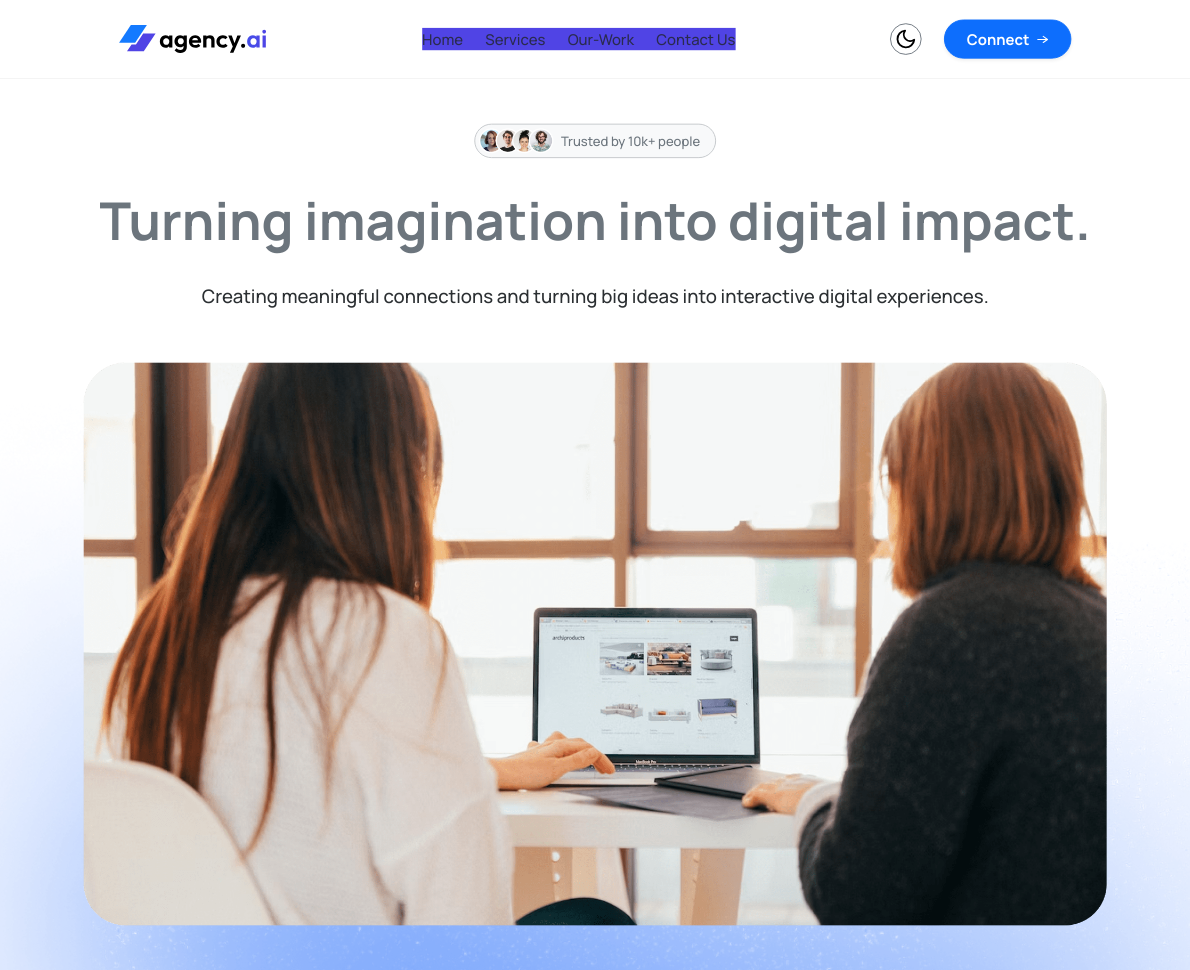
Repository: RAMADAN975/modern-agency-portfolio
Page: /
An editor plug-in stored every save of this project. The page is shown before and after the next save, followed by the edit.
The browser window is 1280 px wide. The pictures show the whole page, at 93% of full size.
The project was rebuilt for these pictures with package versions that can differ from the ones it lists, and the page was loaded fresh each time. Also part of the build but not shown: vite.config.js.

Above is the page before, as saved 2026-03-23 21:17:05.

### index.html
<!doctype html>
<html lang="en">

<head>
  <meta charset="UTF-8" />
  <link rel="icon" type="image/svg+xml" href="/favicon.svg" />
  <meta name="viewport" content="width=device-width, initial-scale=1.0" />
  <title>Agency.AI - GreatStack</title>
</head>

<body>
  <div id="root"></div>
  <script type="module" src="/src/main.jsx"></script>
</body>

</html>

### src/main.jsx
import { StrictMode } from 'react'
import { createRoot } from 'react-dom/client'
import 'bootstrap/dist/css/bootstrap.min.css';
import './index.css'
import App from './App.jsx'

createRoot(document.getElementById('root')).render(
  <StrictMode>
    <App />
  </StrictMode>,
)

### src/index.css
/* 1. الخطوط والأساسيات */
@import url('https://fonts.googleapis.com/css2?family=Josefin+Sans:wght@400;600&family=Manrope:wght@400;500;700&display=swap');

* {
  font-family: "Manrope", sans-serif;
  transition: background-color 0.3s ease, color 0.3s ease;
}

/* 2. تنسيق الـ Navbar العام */
.nav-container {
  padding-left: 5%;
  padding-right: 5%;
  height: 85px;
}

.blur-nav {
  backdrop-filter: blur(15px);
  -webkit-backdrop-filter: blur(15px);
  border-bottom: 1px solid rgba(150, 150, 150, 0.1);
}

/* ألوان الخلفية حسب الثيم (بوتستراب 5.3) */
[data-bs-theme="light"] .blur-nav {
  background-color: rgba(255, 255, 255, 0.85);
}

[data-bs-theme="dark"] .blur-nav {
  background-color: rgba(17, 24, 39, 0.85);
}

/* 3. اللوجو والروابط */
.logo-img {
  width: 8.5rem;
}

@media (min-width: 576px) {
  .logo-img {
    width: 10rem;
  }

  .nav-container {
    padding-left: 10%;
    padding-right: 10%;
  }
}

.nav-link-custom {
  font-weight: 500;
  opacity: 0.8;
  transition: 0.2s;
}

.nav-link-custom:hover {
  opacity: 1;
  color: #5044E5 !important;
}

/* 4. القائمة الجانبية للموبايل (Mobile Sidebar) */
@media (max-width: 575.98px) {
  .mobile-sidebar {
    position: fixed;
    top: 0;
    bottom: 0;
    right: 0;
    height: 100vh;
    z-index: 1050;
    background-color: #5044E5;
    /* لون الـ Primary */
    color: white !important;
    transition: width 0.4s cubic-bezier(0.4, 0, 0.2, 1);
    display: flex;
    flex-direction: column;
    padding-top: 6rem;
  }

  .sidebar-closed {
    width: 0;
    overflow: hidden;
    opacity: 0;
  }

  .sidebar-open {
    width: 260px;
    padding-left: 2.5rem;
    opacity: 1;
  }

  .mobile-sidebar a {
    color: white !important;
    font-size: 1.2rem;
  }
}

### src/App.jsx
import React, { useState } from 'react'
import Navbar from './Components/navbar'
import Hero from './Components/Hero'

const App = () => {

  const [theme, setTheme] = useState(localStorage.getItem('theme') ? localStorage.getItem('theme') : 'light')

  return (
    <div className='dark:bg-black relative'>
      <Navbar theme={theme} setTheme={setTheme} />
      <Hero />
    </div>
  )
}

export default App

### src/Components/navbar.jsx
import { useState } from 'react'
import assets from '../assets/assets'
import ThemeToggleBtn from './ThemeToggleBtn'

const Navbar = ({ theme, setTheme }) => {
    const [sidebarOpen, setSidebarOpen] = useState(false)

    return (
        <nav className="d-flex justify-content-between align-items-center w-100 sticky-top z-3 blur-nav nav-container">

            {/* اللوجو */}
            <img
                src={theme === 'dark' ? assets.logo_dark : assets.logo}
                className="logo-img"
                alt="Logo"
            />

            {/* القائمة (الروابط) - تتحول لـ Sidebar في الموبايل */}
            <div className={`d-flex flex-column flex-sm-row gap-3 gap-sm-4 align-items-sm-center mobile-sidebar ${!sidebarOpen ? 'sidebar-closed' : 'sidebar-open'}`}>

                {/* زر الإغلاق في الموبايل فقط */}
                <img
                    src={assets.close_icon}
                    alt="close"
                    className="d-sm-none position-absolute"
                    style={{ width: '20px', right: '20px', top: '20px', cursor: 'pointer' }}
                    onClick={() => setSidebarOpen(false)}
                />

                <a onClick={() => setSidebarOpen(false)} href="#" className="text-decoration-none text-reset nav-link-custom">Home</a>
                <a onClick={() => setSidebarOpen(false)} href="#services" className="text-decoration-none text-reset nav-link-custom">Services</a>
                <a onClick={() => setSidebarOpen(false)} href="#our-work" className="text-decoration-none text-reset nav-link-custom">Our-Work</a>
                <a onClick={() => setSidebarOpen(false)} href="#contact-us" className="text-decoration-none text-reset nav-link-custom">Contact Us</a>
            </div>

            {/* الأزرار اليمنى (Toggle + Connect) */}
            <div className="d-flex align-items-center gap-2 gap-sm-4">
                <ThemeToggleBtn theme={theme} setTheme={setTheme} />

                {/* أيقونة المنيو للموبايل */}
                <img
                    src={theme === 'dark' ? assets.menu_icon_dark : assets.menu_icon}
                    alt="menu"
                    onClick={() => setSidebarOpen(true)}
                    className="d-sm-none"
                    style={{ width: '30px', cursor: 'pointer' }}
                />

                <a href="#contact-us" className="btn btn-primary rounded-pill d-none d-sm-flex align-items-center gap-2 px-4 py-2 shadow-sm fw-bold">
                    Connect <img src={assets.arrow_icon} width={12} alt="" />
                </a>
            </div>
        </nav>
    )
}

export default Navbar

### src/Components/Hero.jsx
import React from 'react'
import assets from '../assets/assets'

const Hero = () => {
    return (
        <div id='hero' className="d-flex flex-column align-items-center gap-4 py-5 px-3 px-md-5 text-center w-100 overflow-hidden text-secondary dark-text-white hero-container">

            {/* Trusted Badge */}
            <div className="d-inline-flex align-items-center gap-2 border border-secondary-subtle p-1 pe-3 rounded-pill bg-body-tertiary">
                <img style={{ width: '80px' }} src={assets.group_profile} alt="Profiles" />
                <p className="mb-0 small fw-medium">Trusted by 10k+ people</p>
            </div>

            {/* Heading with Gradient */}
            <h1 className="display-4 fw-bold lh-sm mt-2">
                Turning imagination into <span className="text-gradient">digital</span> impact.
            </h1>

            {/* Description */}
            <p className="lead fw-medium text-secondary-emphasis mx-auto pb-3 custom-max-w">
                Creating meaningful connections and turning big ideas into interactive digital experiences.
            </p>

            {/* Hero Image Section */}
            <div className="position-relative w-100 d-flex justify-content-center">
                <img src={assets.hero_img} alt="Hero" className="img-fluid z-1" style={{ maxWidth: '1100px' }} />

                {/* Background Decor Image */}
                <img
                    src={assets.bgImage1}
                    alt=""
                    className="position-absolute hero-bg-decor d-dark-none"
                />
            </div>

        </div>
    )
}

export default Hero

### src/assets/assets.js
import logo from './logo.svg'
import arrow_icon from './arrow_icon.svg'
import group_profile from './group_profile.png'
import bgImage1 from './bgImage1.png'
import bgImage2 from './bgImage2.png'
import hero_img from './hero_img.png'
import microsoft_logo from './microsoft_logo.png'
import zoom_logo from './zoom_logo.png'
import rakuten_logo from './rakuten_logo.png'
import coinbase_logo from './coinbase_logo.png'
import ads_icon from './ads_icon.svg'
import content_icon from './content_icon.svg'
import marketing_icon from './marketing_icon.svg'
import social_icon from './social_icon.svg'
import menu_icon from './menu_icon.svg'
import close_icon from './close_icon.svg'
import work_mobile_app from './work_mobile_app.png'
import work_fitness_app from './work_fitness_app.png'
import work_dashboard_management from './work_dashboard_management.png'
import email_icon from './email_icon.svg'
import person_icon from './person_icon.svg'
import facebook_icon from './facebook_icon.svg'
import twitter_icon from './twitter_icon.svg'
import instagram_icon from './instagram_icon.svg'
import linkedin_icon from './linkedin_icon.svg'
import logo_dark from './logo_dark.svg'
import airbnb_logo from './airbnb_logo.svg'
import google_logo from './google_logo.svg'
import menu_icon_dark from './menu_icon_dark.svg'
import sun_icon from './sun_icon.svg'
import moon_icon from './moon_icon.svg'


export const company_logos = [
  microsoft_logo,
  zoom_logo,
  rakuten_logo,
  coinbase_logo,
  airbnb_logo,
  google_logo,
]

const assets = {
  logo,
  arrow_icon,
  group_profile,
  bgImage1,
  bgImage2,
  hero_img,
  ads_icon,
  content_icon,
  marketing_icon,
  social_icon,
  menu_icon,
  close_icon,
  work_mobile_app,
  work_fitness_app,
  work_dashboard_management,
  email_icon,
  person_icon,
  facebook_icon,
  twitter_icon,
  instagram_icon,
  linkedin_icon,
  logo_dark,
  menu_icon_dark,
  sun_icon,
  moon_icon
}

export default assets

export const teamData = [
  { name: 'Haley Carter', title: 'CEO & founder', image: 'https://images.unsplash.com/photo-1633332755192-727a05c4013d?q=80&w=200' },
  { name: 'James Walker', title: 'Ads manager', image: 'https://images.unsplash.com/photo-1535713875002-d1d0cf377fde?q=80&w=200' },
  { name: 'Jessica Morgan', title: 'Vice president', image: 'https://images.unsplash.com/photo-1438761681033-6461ffad8d80?q=80&w=200&h=200&auto=format&fit=crop' },
  { name: 'Ashley Bennett', title: 'Marketing & sales', image: 'https://randomuser.me/api/portraits/women/10.jpg' },
  { name: 'Emily Parker', title: 'Content marketer', image: 'https://randomuser.me/api/portraits/women/11.jpg' },
  { name: 'Ryan Mitchell', title: 'Content writer', image: 'https://randomuser.me/api/portraits/men/9.jpg' },
  { name: 'Megan Brooks', title: 'Performance manager', image: 'https://randomuser.me/api/portraits/women/12.jpg' },
  { name: 'Amber Foster', title: 'Senior writer', image: 'https://randomuser.me/api/portraits/women/14.jpg' },
]

### src/Components/ThemeToggleBtn.jsx
import { useEffect } from 'react'
import assets from '../assets/assets'

const ThemeToggleBtn = ({ theme, setTheme }) => {

    useEffect(() => {
        // التحقق من التفضيل المحفوظ أو تفضيل النظام
        const savedTheme = localStorage.getItem('theme');
        const prefersDarkMode = window.matchMedia('(prefers-color-scheme: dark)').matches;

        const initialTheme = savedTheme || (prefersDarkMode ? 'dark' : 'light');
        setTheme(initialTheme);
    }, []);

    useEffect(() => {
        if (theme) {
            // بوتستراب v5.3 يعتمد على سمة data-bs-theme بدلاً من كلاس dark
            document.documentElement.setAttribute('data-bs-theme', theme);

            // للحفاظ على التوافق مع أي تنسيقات قديمة تعتمد على الكلاس
            if (theme === 'dark') {
                document.documentElement.classList.add('dark');
            } else {
                document.documentElement.classList.remove('dark');
            }

            localStorage.setItem('theme', theme);
        }
    }, [theme]);

    return (
        <button className="btn p-0 border-0 shadow-none" type="button">
            {theme === 'dark' ? (
                <img
                    onClick={() => setTheme('light')}
                    src={assets.sun_icon}
                    className="border border-secondary rounded-circle p-1"
                    style={{ width: '34px', height: '34px', objectFit: 'contain' }}
                    alt="Light Mode"
                />
            ) : (
                <img
                    onClick={() => setTheme('dark')}
                    src={assets.moon_icon}
                    className="border border-secondary rounded-circle p-1"
                    style={{ width: '34px', height: '34px', objectFit: 'contain' }}
                    alt="Dark Mode"
                />
            )}
        </button>
    )
}

export default ThemeToggleBtn;

After the next save:
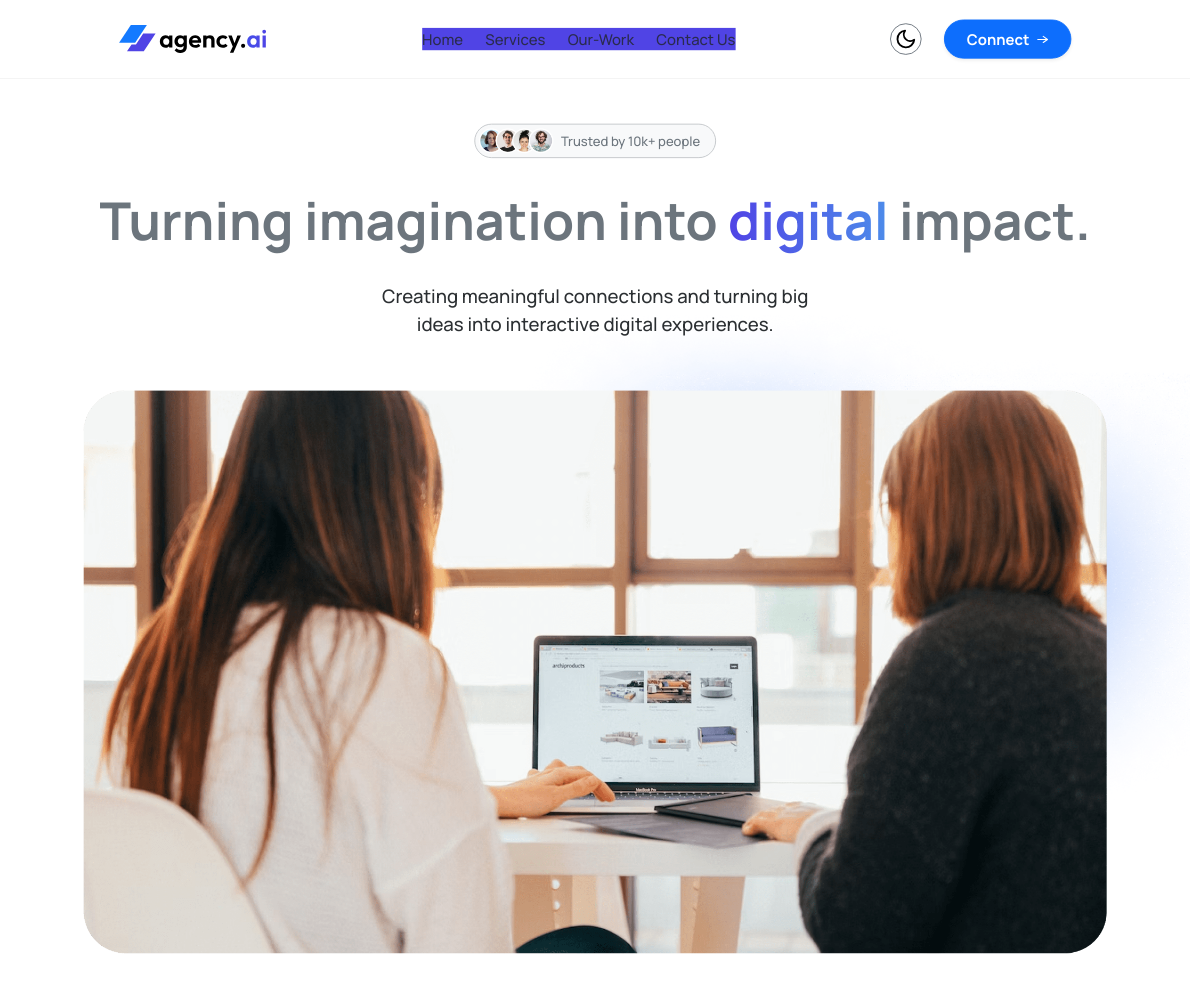
Saved 15 s later.
--- a/src/index.css
+++ b/src/index.css
@@ -90,3 +90,48 @@
     font-size: 1.2rem;
   }
 }
+
+/* 1. تنسيق النص المتدرج (Gradient Text) */
+.text-gradient {
+  background: linear-gradient(to right, #5044E5, #4d8cea);
+  -webkit-background-clip: text;
+  -webkit-text-fill-color: transparent;
+  background-clip: text;
+}
+
+/* 2. التحكم في عرض الفقرة الوصفية */
+.custom-max-w {
+  max-width: 80%;
+}
+
+@media (min-width: 576px) {
+  .custom-max-w {
+    max-width: 512px;
+  }
+}
+
+/* 3. تنسيق صورة الخلفية المزخرفة (Decoration) */
+.hero-bg-decor {
+  top: 150px;
+  right: -150px;
+  z-index: -1;
+  width: 600px;
+}
+
+@media (min-width: 768px) {
+  .hero-bg-decor {
+    top: -100px;
+    right: -100px;
+    width: 800px;
+  }
+}
+
+/* 4. إخفاء العناصر في الوضع الليلي */
+[data-bs-theme="dark"] .d-dark-none {
+  display: none !important;
+}
+
+/* 5. لون النص في الوضع الليلي */
+[data-bs-theme="dark"] .dark-text-white {
+  color: white !important;
+}
